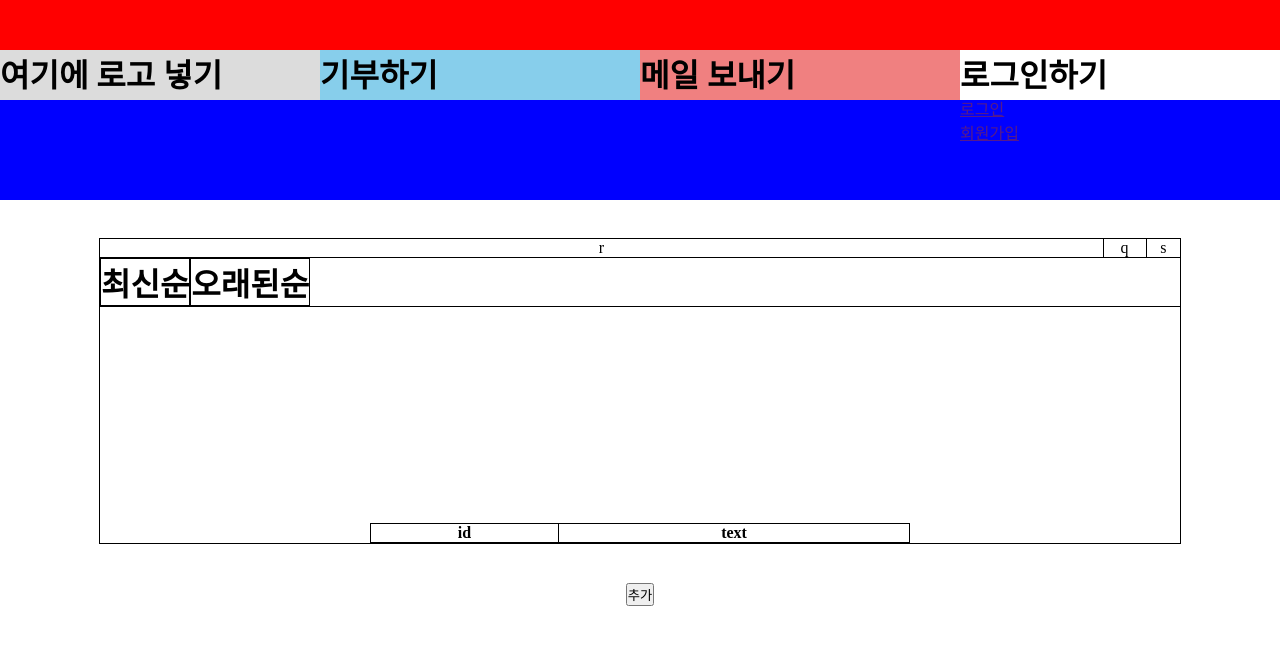
Repository: Yeojin0523/Survey
Page: http://localhost/Blog/Blog/list.jsp
These files come from the project's save history. The page is drawn as it stood at one moment and after a run of saves; the edit follows.
The browser window is 1280 px wide. The pictures show the whole page.
The page is served by Tomcat 9. Other server files are loaded and not shown. The template is opened directly, without the code that normally fills it, so the values that code supplies are empty.

Above is the page before, as saved 2024-07-29 05:38:26.

### Blog/src/main/webapp/Blog/list.jsp
<%@ page language="java" contentType="text/html; charset=UTF-8"
	pageEncoding="UTF-8"%>
<%@ page import="java.util.List"%>
<%@ page import="java.util.ArrayList"%>
<%@ page import="java.sql.DriverManager"%>
<%@ page import="java.sql.ResultSet"%>
<%@ page import="java.sql.PreparedStatement"%>
<%@ page import="java.sql.Connection"%>
<%@ page import="java.sql.SQLException"%>

<%
Connection conn = null;
PreparedStatement pstmt = null;
ResultSet rs = null;
%>

<!DOCTYPE html>
<html>
<head>
<meta charset="UTF-8">
<title>my blog</title>
<script src="list.js"></script>
<link rel="stylesheet" href="list.css">
</head>
<body>
	<div class="wrapper">
		<div class="wrap">
			<div class="top_gnb_area"></div>
			<div class="top_area">
				<div class="logo_area">
					<h1>여기에 로고 넣기</h1>
				</div>
				<div class="donate_area">
					<h1>기부하기</h1>
				</div>

				<div class="mail_area">
					<h1>메일 보내기</h1>
				</div>
				<div class="login_area">
					<h1>로그인하기</h1>
					<!-- 로그인 안한 상태 -->
					<c:if test="${memeber == null}">
						<div class="loginBtn">
							<a href="">로그인</a>
						</div>
						<span><a href="">회원가입</a></span>
					</c:if>
				</div>
			</div>
		</div>
	</div>




	<div class="frame">
		<table class="outer_table">
			<tr>
				<td>r</td>
				<td>q</td>
				<td>s</td>
			</tr>
			<tr class="list">
				<td>
					<h1>최신순</h1>
				</td>
				<td>
					<h1>오래된순</h1>
				</td>
			</tr>
			<tr>
				<td colspan="3">
					<div class="content">
						<div class="donateList">
							<table class="inner_table">
								<tr>
									<th>id</th>
									<th>text</th>
								</tr>
								<%
								try {
									Class.forName("oracle.jdbc.driver.OracleDriver");
									conn = DriverManager.getConnection("jdbc:oracle:thin:@localhost:1521:XE", "c##systemid", "systempwd");
									String sql = "SELECT * FROM blog";
									pstmt = conn.prepareStatement(sql);
									rs = pstmt.executeQuery();

									while (rs.next()) {
										out.println("<tr>");
										out.println("<td>" + rs.getInt("seq") + "</td>");
										out.println("<td>" + rs.getString("text") + "</td>");
										out.println("</tr>");
									}
								} catch (Exception e) {
									e.printStackTrace();
								} finally {
									try {
										if (rs != null)
									rs.close();
										if (pstmt != null)
									pstmt.close();
										if (conn != null)
									conn.close();
									} catch (Exception e) {
										e.printStackTrace();
									}
								}
								%>
							</table>
						</div>
					</div>
				</td>
			</tr>
		</table>
	</div>


	<div class="button_area">
		<button id="insertBtn">추가</button>
	</div>
</body>
</html>

### Blog/src/main/webapp/Blog/list.js
/** list.js의 script file
 *
 */
document.addEventListener("DOMContentLoaded", function(){
	document.getElementById("insertBtn").addEventListener("click", function(){
		window.location.href="InsertForm.jsp";
	});
});

### Blog/src/main/webapp/Blog/list.css
@charset "UTF-8";
*{
	margin:0;
	padding:0;
}
/*화면 전체*/
.wrapper{
	width:100%;
}
/*content 랩*/
.content{
	width:1080px;
	margin:auto;
}
.top_gnb_area{
	width:100%;
	height:50px;
	background-color: red;
}
.top_area{
	width:100%;
	height:150px;
	background-color: blue;
	align-items: center;
}
.logo_area{
	width:25%;
	height:50px;
	background-color: gainsboro;
	float:left;
}
.donate_area{
	width:25%;
	height:50px;
	background-color: skyblue;
	float:left;
}
.mail_area{
	width:25%;
	height:50px;
	background-color: lightcoral;
	float:left;
}
.login_area{
	width:25%;
	height:50px;
	background-color: white;
	float:right;
}
table{
	margin-left:auto;
	margin-right:auto;
	text-align: center;
}
table, td, th{
	border-collapse: collapse;
	border:1px solid black;
}
.outer_table{
	margin-top:3%;
}
.inner_table{
	margin-top:20%;
	width:50%;
	height:50%;
}
.button_area{
	text-align: center;
	padding:3%;
}
.list{
	display: flex;
	flex-direction: row;
}

After the next 2 saves:
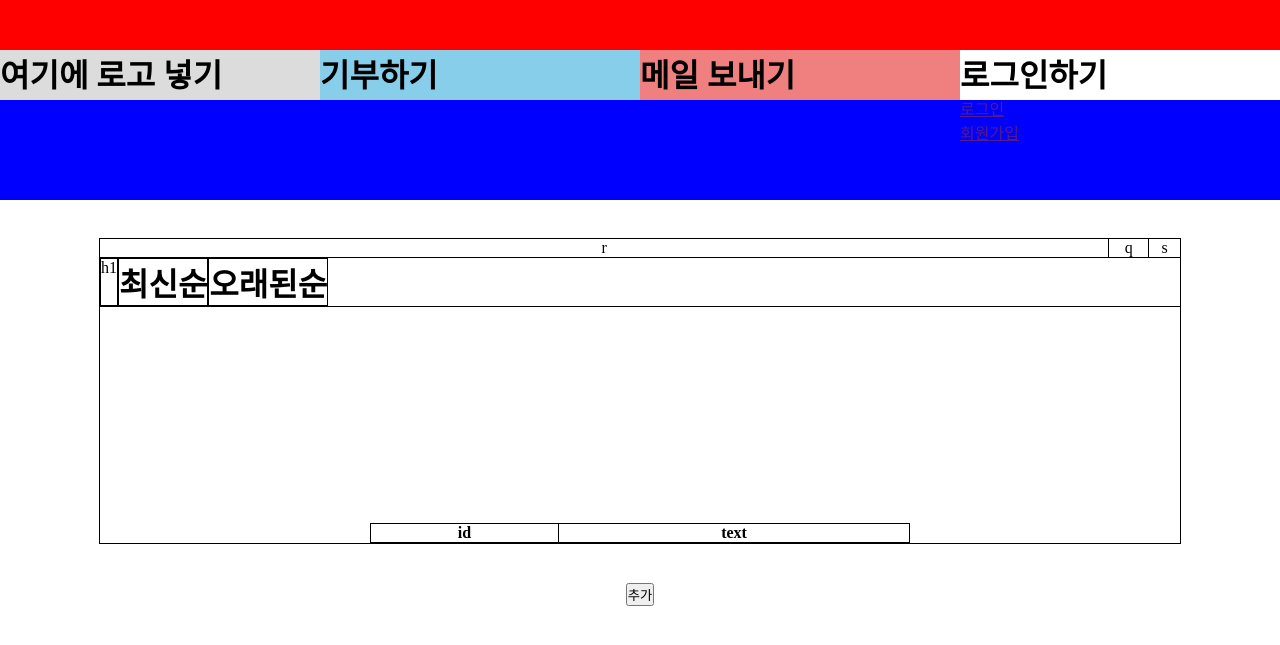
The 2 saves are shown as one change because they came seconds apart.
The last was saved 37 s later.
--- a/Blog/src/main/webapp/Blog/list.jsp
+++ b/Blog/src/main/webapp/Blog/list.jsp
@@ -62,6 +62,7 @@ ResultSet rs = null;
 				<td>s</td>
 			</tr>
 			<tr class="list">
+				<td>h1</td>
 				<td>
 					<h1>최신순</h1>
 				</td>
